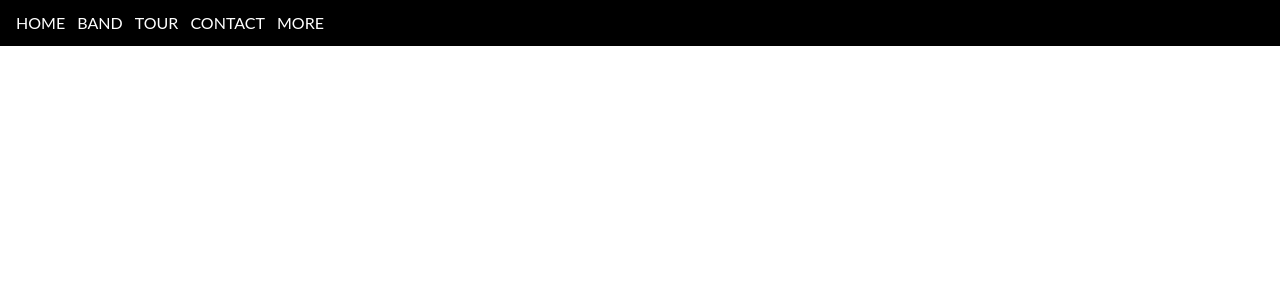
Repository: tatvanhco/web-dau-tay
Page: index.html
The author's editor kept a copy of each file at every save. The page is drawn from the files as they stood at one save, then again after the next save.
The browser window is 1280 px wide. The pictures show the whole page.

Above is the page before, as saved 2022-01-23 15:54:48.

### index.html
<!DOCTYPE html>
<html lang="en">
<head>
    <meta charset="UTF-8">
    <!-- <meta http-equiv="X-UA-Compatible" content="IE=edge"> -->
    <meta name="viewport" content="width=device-width, initial-scale=1.0">
    <title>the band</title>
    <link rel="shortcut icon" href="./assets/img/band/logo.png" type="image/x-icon">
    <link rel="stylesheet" href="./assets/css/main.css">
    <link rel="stylesheet" href="./assets/css/responsive.css">
</head>
<body>
    <div id="header">
        <ul class="menu">
            <li><a href="#">home</a></li>
            <li><a href="#">band</a></li>
            <li><a href="#">tour</a></li>
            <li><a href="#">contact</a></li>
            <li><a href="#">more</a></li>
        </ul>
    </div>
    <div id="content">

    </div>
    <div id="footer">

    </div>
</body>
</html>

### assets/css/main.css
html, body {
    margin: 0;
    padding: 0;
    box-sizing: border-box;
    font-family: "Lato", sans-serif;
}

#header {
    width: 100%;
    height: 46px;
    background-color: #000;
}

#header .menu {
    margin: 0;
    color: #fff;
    padding: 0 8px;
}

#header .menu li {
    display: inline-block;
    list-style-type: none;
}

#header .menu li a {
    color: #fff;
    text-decoration: none;
    line-height: 46px;
    padding-left: 8px;
    text-transform: uppercase;
}

Loaded but not shown: assets/css/responsive.css (no copy from this time; the picture is the same without it)

After the next save:
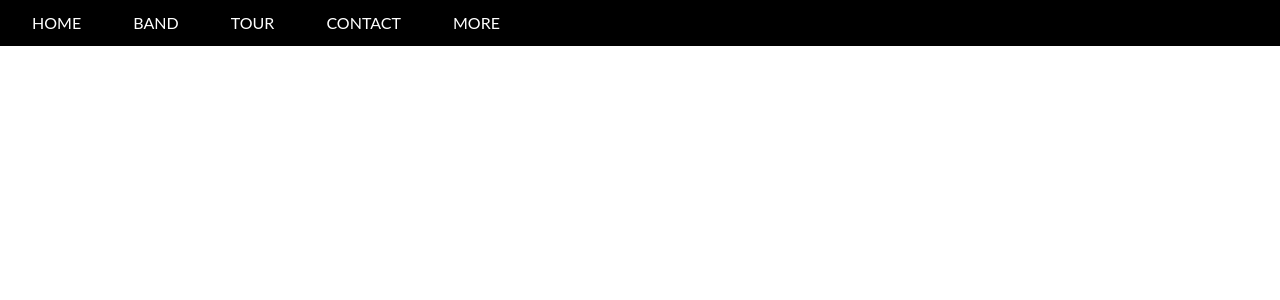
Saved 34 s later.
--- a/assets/css/main.css
+++ b/assets/css/main.css
@@ -26,6 +26,6 @@ html, body {
     color: #fff;
     text-decoration: none;
     line-height: 46px;
-    padding-left: 8px;
+    padding: 12px 24px;
     text-transform: uppercase;
 }
